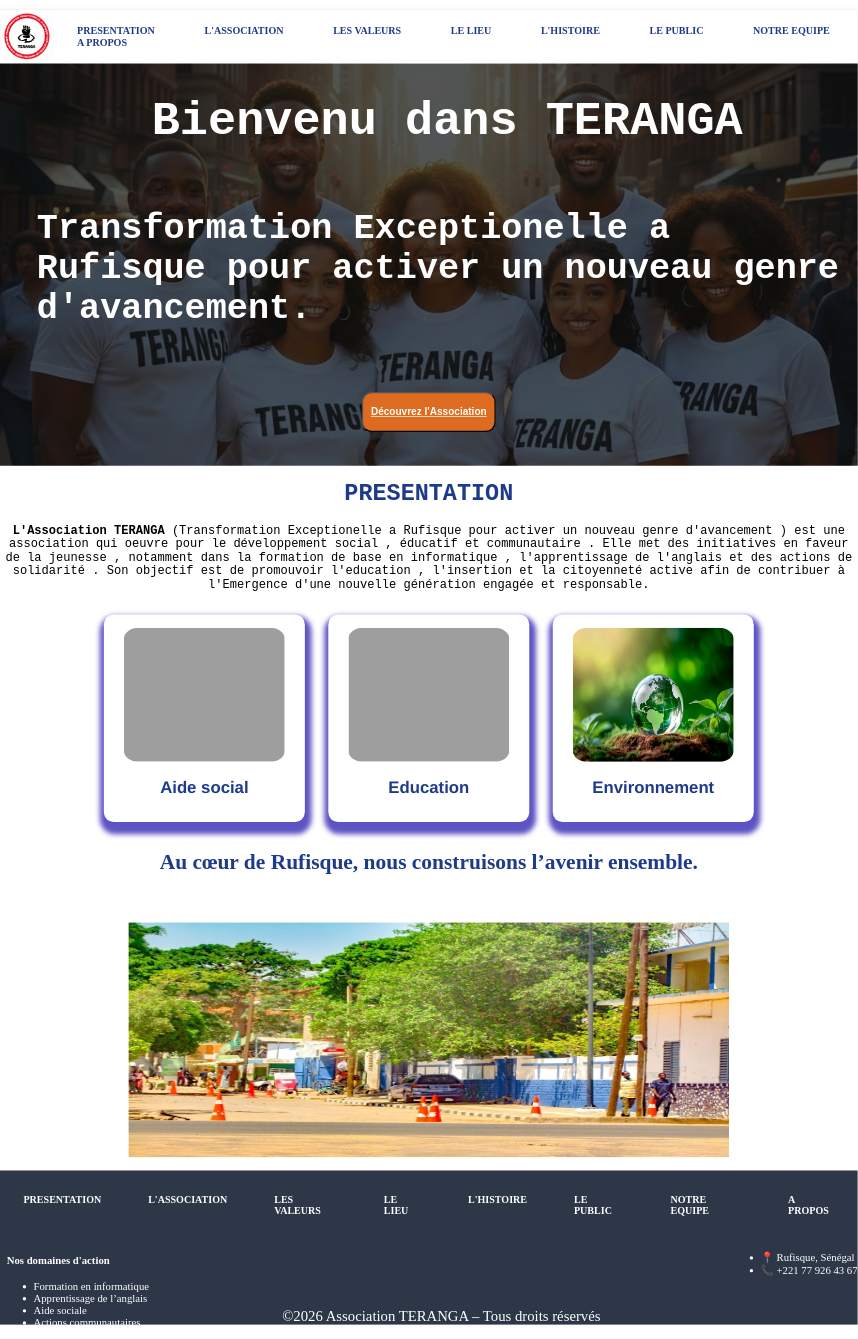
Repository: assanendao171/projet-teranga
Page: presentation.html
An editor plug-in stored every save of this project. The page is shown before and after the next save, followed by the edit.
The browser window is 1280 px wide. The pictures show the whole page, at 67% of full size.
Pictures or frames that could not be fetched are drawn as grey boxes.

Above is the page before, as saved 2026-02-12 09:35:24.

After the next save:
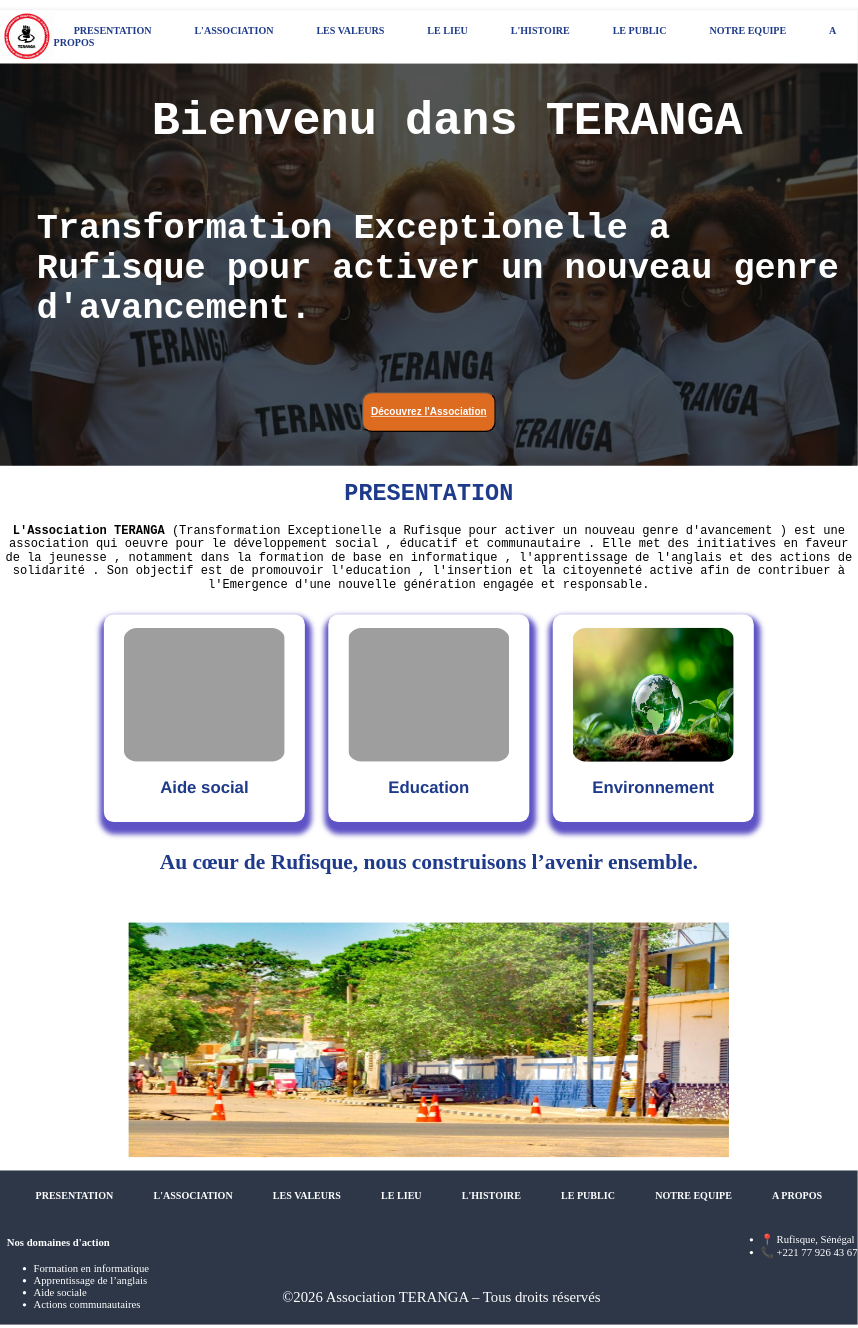
Saved 1 s later.
--- a/presentation.css
+++ b/presentation.css
@@ -11,7 +11,7 @@ align-items: center;
 justify-content: center;
 }
 nav a{
-    margin: 35px;
+    margin: 30px;
     color: #1E3A8A;
     text-decoration: none;
     font-size: 15px;
